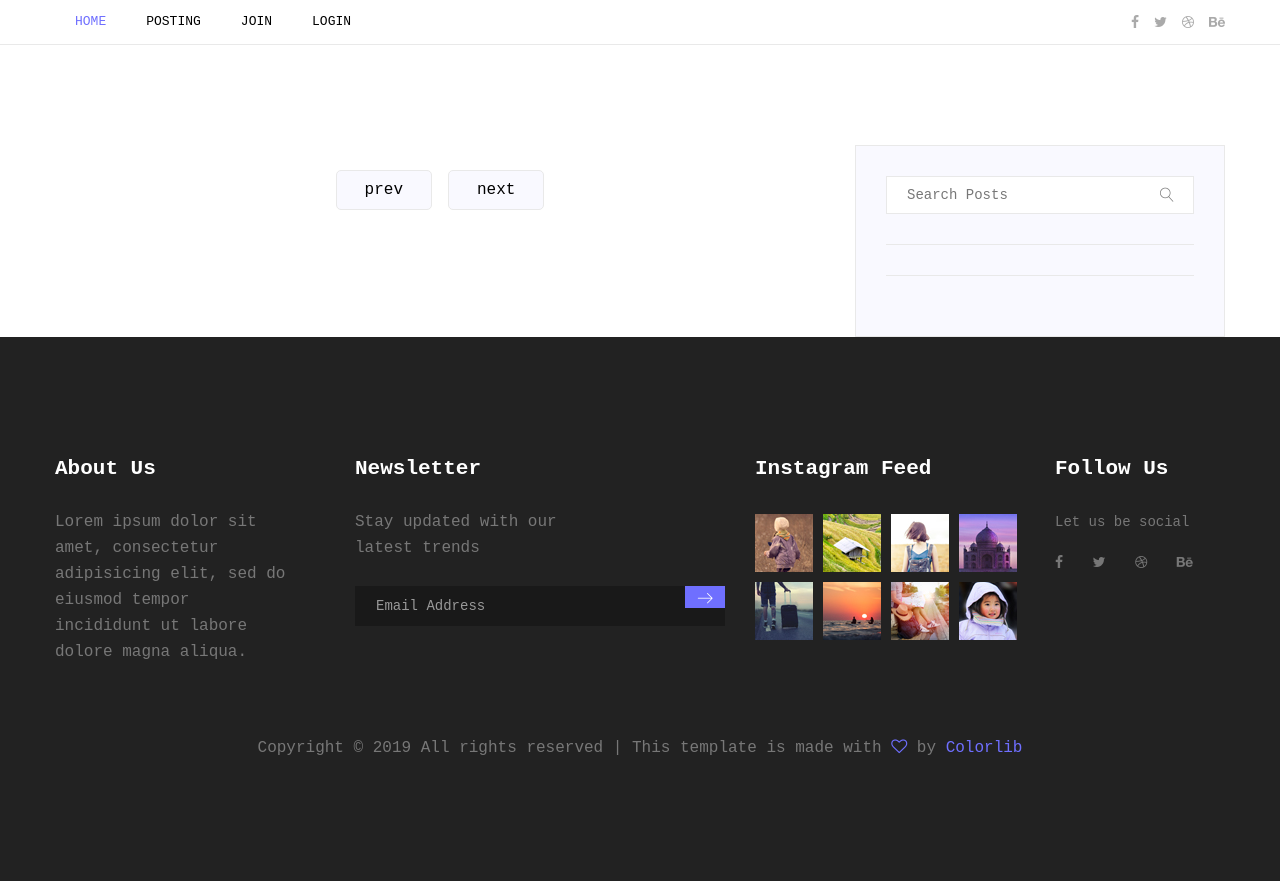
Repository: DAVISPARK/park
Page: http://localhost/blog/board/list.jsp
These files come from the project's save history. The page is drawn as it stood at one moment and after the next save; the edit follows.
The browser window is 1280 px wide. The pictures show the whole page.
Some web fonts or font styles are not loaded; a fallback is used. The page is served by Tomcat 9. The template is opened directly, without the code that normally fills it, so the values that code supplies are empty.

Above is the page before, as saved 2019-10-30 06:30:17.

After the next save:
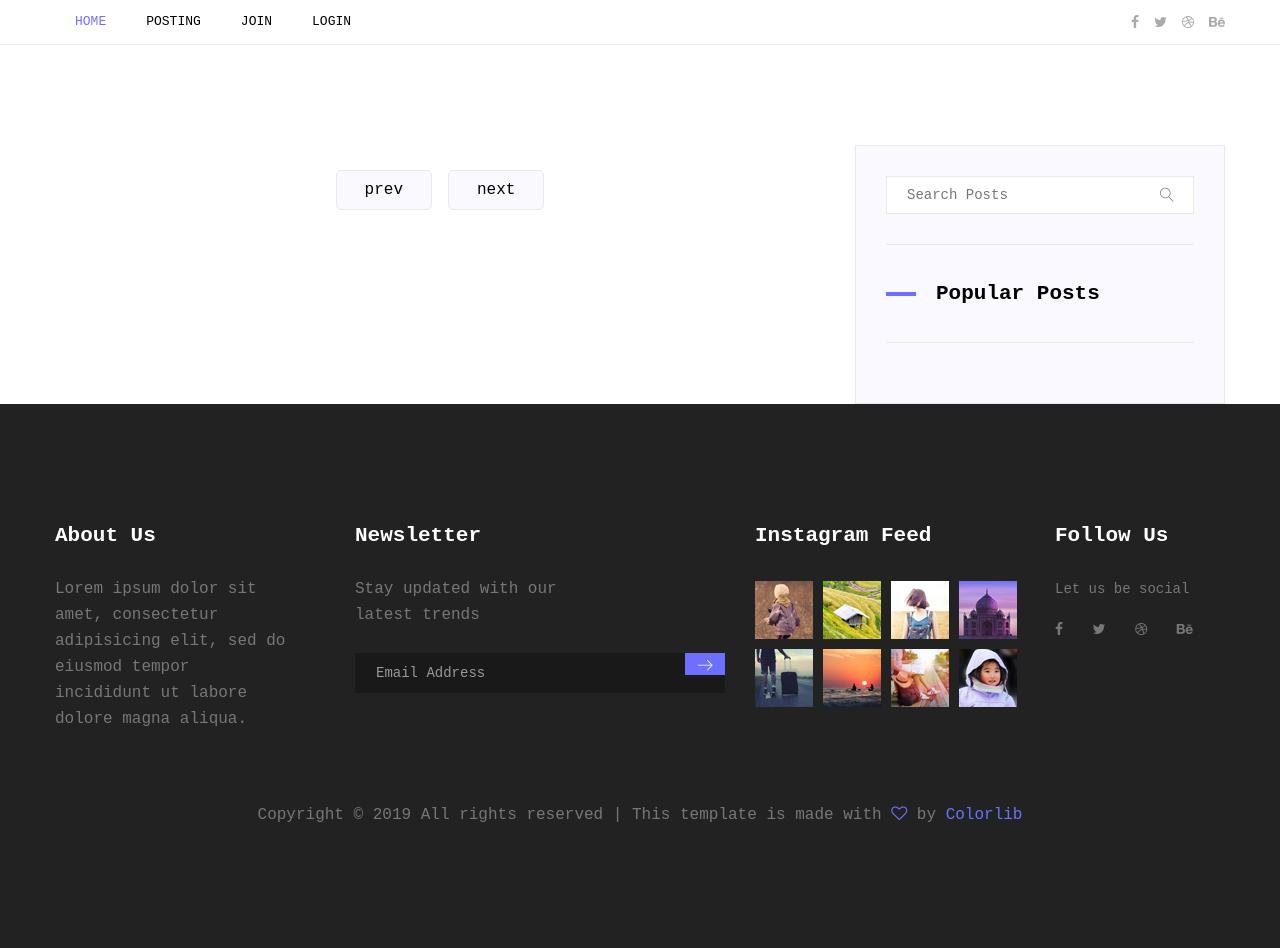
Saved 44 s later.
--- a/blog/WebContent/board/list.jsp
+++ b/blog/WebContent/board/list.jsp
@@ -71,6 +71,9 @@
                                 <div class="br"></div>
                             </aside>
 
+                            <aside class="single_sidebar_widget popular_post_widget">
+                                <h3 class="widget_title">Popular Posts</h3>
+
                                <c:forEach var= "board" items="${hotBoards}">
                                 <div class="media post_item">
                                     <img src="/blog/img/blog/popular-post/post4.jpg" alt="post">
